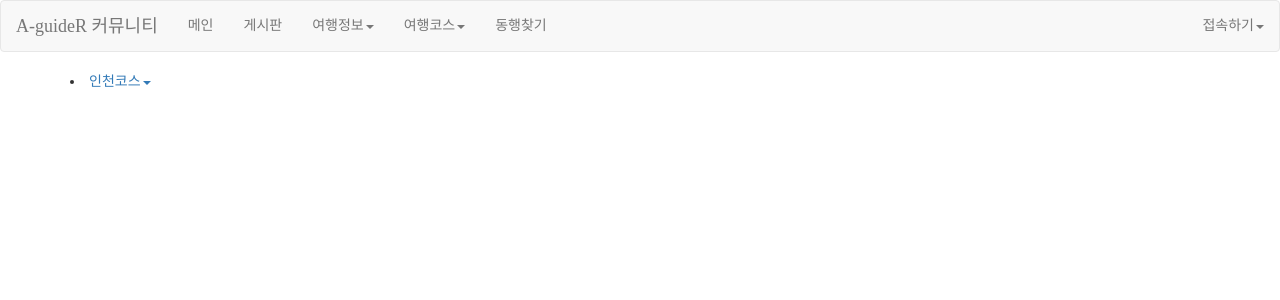
Repository: endol007/TripPuzzle
Page: http://localhost/BBS/domesticcorse.jsp
An editor plug-in stored every save of this project. The page is shown before and after the next save, followed by the edit.
The browser window is 1280 px wide. The pictures show the whole page.
Some web fonts or font styles are not loaded; a fallback is used. Some web libraries are served in a nearby version. The page is served by Tomcat 9. Other server files are loaded and not shown.

Above is the page before, as saved 2019-08-21 15:54:54.

### Yun/JSP 커뮤니티/Project/BBS/WebContent/domesticcorse.jsp
<%@ page language="java"
contentType="text/html; charset=UTF-8" pageEncoding="UTF-8"%>
<%@ page import="java.io.PrintWriter" %>
<!DOCTYPE html>
<html>
<head>
<meta http-equiv="Content-Type" content="text/html; charset=UTF-8">
<meta name="viewport" content="width=device-width", initial-scale="1">
<link rel="stylesheet" href="css/bootstrap.css">
<link rel="stylesheet" href="css/custom.css">
<title>A-guideR 커뮤니티 국내여행추천</title>
</head>
<body>
<%
String userID = null;
if(session.getAttribute("userID")!=null){
	userID = (String) session.getAttribute("userID");
}
%>
<nav class="navbar navbar-default">
<div class="navbar-header">
<button type="button" class="navbar-toggle collapsed"
data-toggle="collapse" data-target="#bs-example-navbar-collapse-1"
aria-expanded="false">
<span class="icon-bar"></span>
<span class="icon-bar"></span>
<span class="icon-bar"></span>
</button>
<a class="navbar-brand" href="main.jsp">A-guideR 커뮤니티</a>
</div>
<div class="collapse navbar-collapse" id="bs-example-navbar-collapse-1">
<ul class="nav navbar-nav">
<li><a href="main.jsp">메인</a></li>
<li><a href="bbs.jsp">게시판</a></li>
<li class="dropdown">
<a href="#" class="dropdown-toggle"
data-toggle="dropdown" role="button" aria-haspopup="true"
aria-expanded="false">여행정보<span class="caret"></span></a>
<ul class="dropdown-menu">
<li><a href="inforestaurant.jsp">맛집추천</a></li>
<li><a href="infoattraction.jsp">명소추천</a></li>
</ul>
</li>
<li class="dropdown">
<a href="#" class="dropdown-toggle"
data-toggle="dropdown" role="button" aria-haspopup="true"
aria-expanded="false">여행코스<span class="caret"></span></a>
<ul class="dropdown-menu">
<li class="active"><a href="domesticcorse.jsp">국내여행코스추천</a></li>
<li><a href="abroadcorse.jsp">해외여행코스추천</a></li>
</ul>
</li>
<li><a href="findfriend.jsp">동행찾기</a></li>
</ul>
<%
	if(userID==null){
		%>
		<ul class="nav navbar-nav navbar-right">
<li class="dropdown">
<a href="#" class="dropdown-toggle"
data-toggle="dropdown" role="button" aria-haspopup="true"
aria-expanded="false">접속하기<span class="caret"></span></a>
<ul class="dropdown-menu">
<li><a href="login.jsp">로그인</a></li>
<li><a href="join.jsp">회원가입</a></li>
</ul>
</li></ul>
		<%
	} else{
		%>
		<ul class="nav navbar-nav navbar-right">
<li class="dropdown">
<a href="#" class="dropdown-toggle"
data-toggle="dropdown" role="button" aria-haspopup="true"
aria-expanded="false">회원관리<span class="caret"></span></a>
<ul class="dropdown-menu">
<li><a href="logoutAction.jsp">로그아웃</a></li>
</ul>
</li></ul>
		<%
	}
%>
</div>
</nav>
<div class="container">
<li class="dropdown">
<a href="#" class="dropdown-toggle"
data-toggle="dropdown" role="button" aria-haspopup="true"
aria-expanded="false">인천코스<span class="caret"></span></a>
<ul class="dropdown-menu">
<img src="images/a1.jpg">
</ul>
</li>
</div>
<script src="http://code.jquery.com/jquery-3.1.1.min.js"></script>
<script src=js/bootstrap.js></script>

</body>
</html>

### Yun/JSP 커뮤니티/Project/BBS/WebContent/css/custom.css
@import url(http://fonts.googleapis.com/earlyaccess/nanumgothic.css);
@import url(http://fonts.googleapis.com/earlyaccess/hanna.css);
*{
font-family : 'Nanum Gothic';
}
h1{
	font-family : 'Hanna';
}

Loaded but not shown: Yun/JSP 커뮤니티/Project/BBS/WebContent/css/bootstrap.css (library); Yun/JSP 커뮤니티/Project/BBS/WebContent/js/bootstrap.js (library)

After the next save:
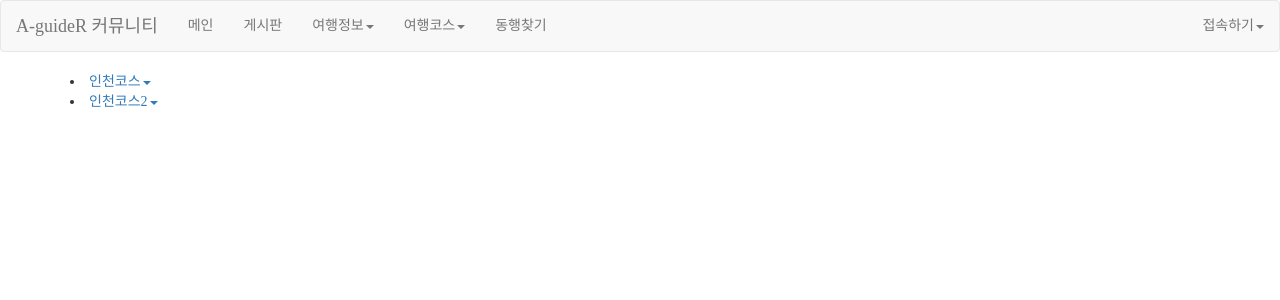
Saved 24 s later.
--- a/Yun/JSP 커뮤니티/Project/BBS/WebContent/domesticcorse.jsp
+++ b/Yun/JSP 커뮤니티/Project/BBS/WebContent/domesticcorse.jsp
@@ -92,6 +92,16 @@
 </ul>
 </li>
 </div>
+<div class="container">
+<li class="dropdown">
+<a href="#" class="dropdown-toggle"
+data-toggle="dropdown" role="button" aria-haspopup="true"
+aria-expanded="false">인천코스2<span class="caret"></span></a>
+<ul class="dropdown-menu">
+<img src="images/a2.jpg">
+</ul>
+</li>
+</div>
 <script src="http://code.jquery.com/jquery-3.1.1.min.js"></script>
 <script src=js/bootstrap.js></script>
 
